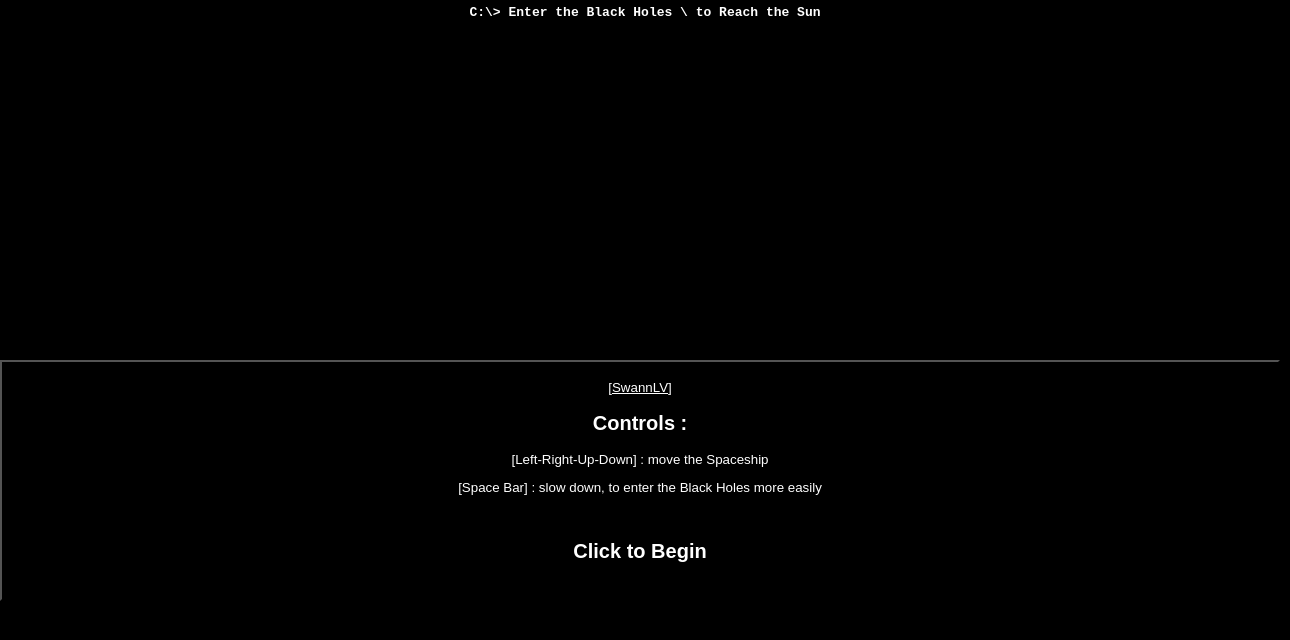
Repository: SwannLV/reach-the-sun
Page: Index.html
The author's editor kept a record of every edit. The page is drawn from the files as they stood at one moment, then again after the next edit.
The browser window is 1280 px wide. The page is 1290 px wide, so the pictures cover 1290 px, including what lies to the right of the window. The pictures show the whole page.
Some web libraries are served in a nearby version.

Above is the page before.
Console error: ReferenceError: THREE is not defined

After the next edit:
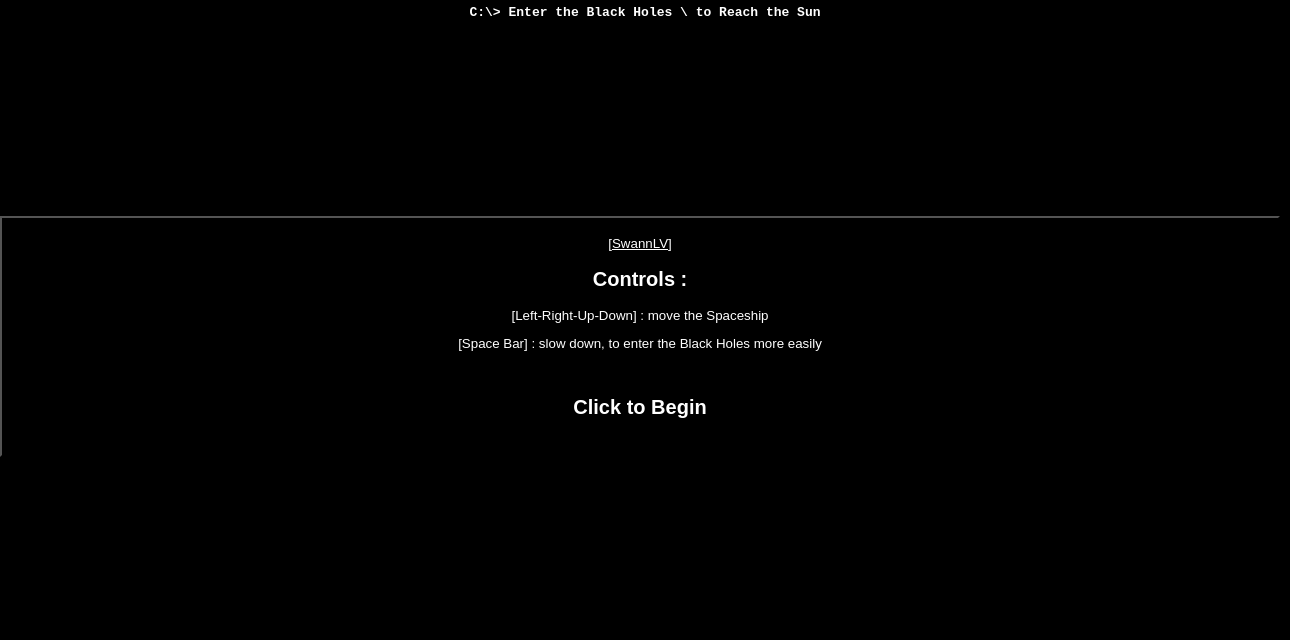
The edit:
--- a/Index.html
+++ b/Index.html
@@ -24,7 +24,7 @@
             }
             #start {
                 position: absolute;
-                top: 50%;
+                top: 30%;
                 left: 0%;
                 width: 100%;
                 padding: 5px;
